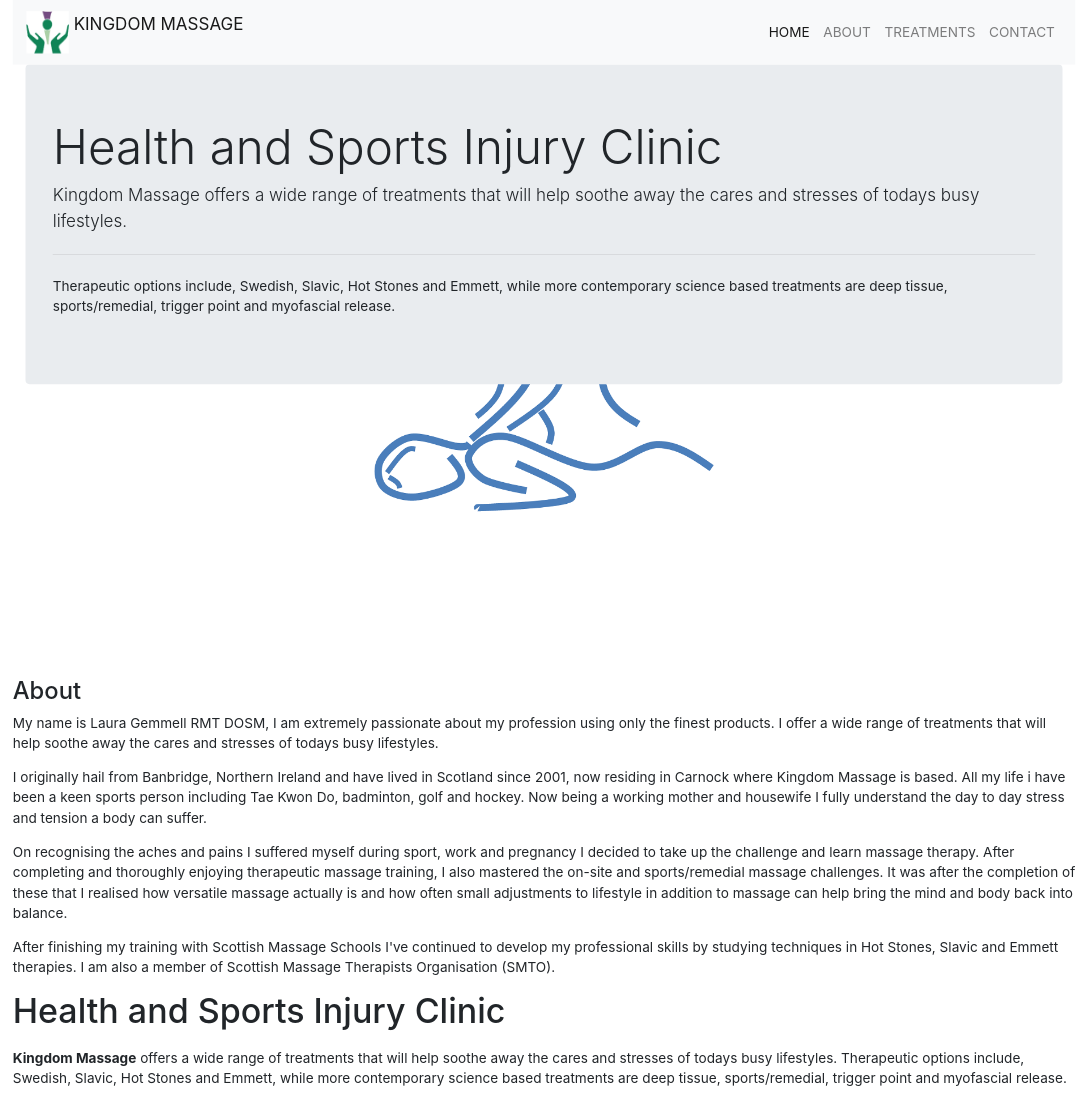
Repository: dalecars/User-Centric-Frontend-Development-Milestone-Project
Page: index.html
The author's editor kept a record of every edit. The page is drawn from the files as they stood at one moment, then again after the next edit.
The browser window is 1280 px wide. The pictures show the whole page, at 85% of full size.
Backgrounds fixed to the window are drawn as part of the page.

Above is the page before.

### index.html
<!DOCTYPE html>
<html lang="en">
<head>
    <meta charset="UTF-8">
    <meta name="viewport" content="width=device-width, initial-scale=1.0">
    <meta http-equiv="X-UA-Compatible" content="ie=edge">
    <link rel="stylesheet" href="https://maxcdn.bootstrapcdn.com/bootstrap/4.1.3/css/bootstrap.min.css">
    <link rel="stylesheet" href="assets/css/style.css" type="text/css" />
    <title>Kingdom Massage</title>
</head>
<body>

<!-- ########### Header ########### -->

    <header class="container-fluid">
        <nav class="navbar navbar-expand-lg navbar-light bg-light navbar-fixed-top">
            <a class="navbar-brand" href="#">
                <img src="assets/images/logo.jpg" width="50" height="50" class="d-inline-block align-top" alt="logo">
                Kingdom Massage
            </a>


            <button class="navbar-toggler" type="button" data-toggle="collapse" data-target="#navbarNavDropdown" aria-controls="navbarNavDropdown" aria-expanded="false" aria-label="Toggle navigation">
                <span class="navbar-toggler-icon"></span>
            </button>

            <div class="collapse navbar-collapse" id="navbarNavDropdown">
                <div class="navbar-nav ml-auto">
                    <a class="nav-item nav-link active" href="#">Home <span class="sr-only">(current)</span></a>
                    <a class="nav-item nav-link" href="#">About</a>
                    <a class="nav-item nav-link" href="#">Treatments</a>
                    <a class="nav-item nav-link" href="#">Contact</a>
                </div>
            </div>
        </nav>

        <div class="container-fluid top-container">
            <div class="jumbotron">
                <h1 class="display-4">Health and Sports Injury Clinic</h1>
                <p class="lead">Kingdom Massage offers a wide range of treatments that will help soothe away the cares and stresses of todays busy lifestyles.</p>
                <hr class="my-4">
                <p>Therapeutic options include, Swedish, Slavic, Hot Stones and Emmett, while more contemporary science based treatments are deep tissue, sports/remedial, trigger point and myofascial release.</p>
            </div>
        </div>
     </header>

<!-- ########### About section ########### -->

    <section id="about">
        <div class="container-fluid about-container">
            <h3>About</h3>
            <p>My name is Laura Gemmell RMT DOSM, I am extremely passionate about my profession using only the finest products. I offer a wide range of treatments
            that will help soothe away the cares and stresses of todays busy lifestyles.</p>

            <p>I originally hail from Banbridge, Northern Ireland and have lived in Scotland since 2001, now residing in Carnock where Kingdom Massage is based.
            All my life i have been a keen sports person including Tae Kwon Do, badminton, golf and hockey. Now being a working mother and housewife I fully
            understand the day to day stress and tension a body can suffer.</p>

            <p>On recognising the aches and pains I suffered myself during sport, work and pregnancy I decided to take up the challenge and learn massage therapy.
            After completing and thoroughly enjoying therapeutic massage training, I also mastered the on-site and sports/remedial massage challenges. It was after
            the completion of these that I realised how versatile massage actually is and how often small adjustments to lifestyle in addition to massage can help
            bring the mind and body back into balance.</p>

            <p>After finishing my training with Scottish Massage Schools I've continued to develop my professional skills by studying techniques in Hot Stones,
            Slavic and Emmett therapies. I am also a member of Scottish Massage Therapists Organisation (SMTO).</p>
        </div>
    </section>


 <!-- ########### Treatmeant section ########### -->

     <section id="treatments">
        <div class="container-fluid about-container">
                <div class="title">
                    <h1>Health and Sports Injury Clinic</h3>
                </div>
                <div class="description">
                    <p><Strong>Kingdom Massage</strong> offers a wide range of treatments that will help soothe away the cares and stresses of todays busy
                    lifestyles. Therapeutic options include, Swedish, Slavic, Hot Stones and Emmett, while more contemporary science based treatments are deep tissue,
                    sports/remedial, trigger point and myofascial release.</p>
                </div>
        </div>
    </section>


  <!-- ########### Footer ########### -->

    <footer>
        <script src="https://code.jquery.com/jquery-3.3.1.slim.min.js" integrity="sha384-q8i/X+965DzO0rT7abK41JStQIAqVgRVzpbzo5smXKp4YfRvH+8abtTE1Pi6jizo" crossorigin="anonymous"></script>
        <script src="https://cdnjs.cloudflare.com/ajax/libs/popper.js/1.14.7/umd/popper.min.js" integrity="sha384-UO2eT0CpHqdSJQ6hJty5KVphtPhzWj9WO1clHTMGa3JDZwrnQq4sF86dIHNDz0W1" crossorigin="anonymous"></script>
        <script src="https://stackpath.bootstrapcdn.com/bootstrap/4.3.1/js/bootstrap.min.js" integrity="sha384-JjSmVgyd0p3pXB1rRibZUAYoIIy6OrQ6VrjIEaFf/nJGzIxFDsf4x0xIM+B07jRM" crossorigin="anonymous"></script>
    </footer>

 </body>
</html>

### assets/css/style.css
body {
    margin: 0px;
    padding-top: 0px;
}


/* navbar */

.navbar {
    background: none;
    text-transform: uppercase;
}

.navbar-nav {
    text-align: right;
}



.top-container {
    height: 100vh;
    background: url("../images/massage-background.png") no-repeat center center fixed;
    -webkit-background-size: cover;
    -moz-background-size: cover;
    -o-background-size: cover;
    background-size: cover;
}

.title-container {
    background-color: transparent;
}

.title {

}

.description {
    padding-top: 10px;
    padding-left: 0;
}

After the next edit:
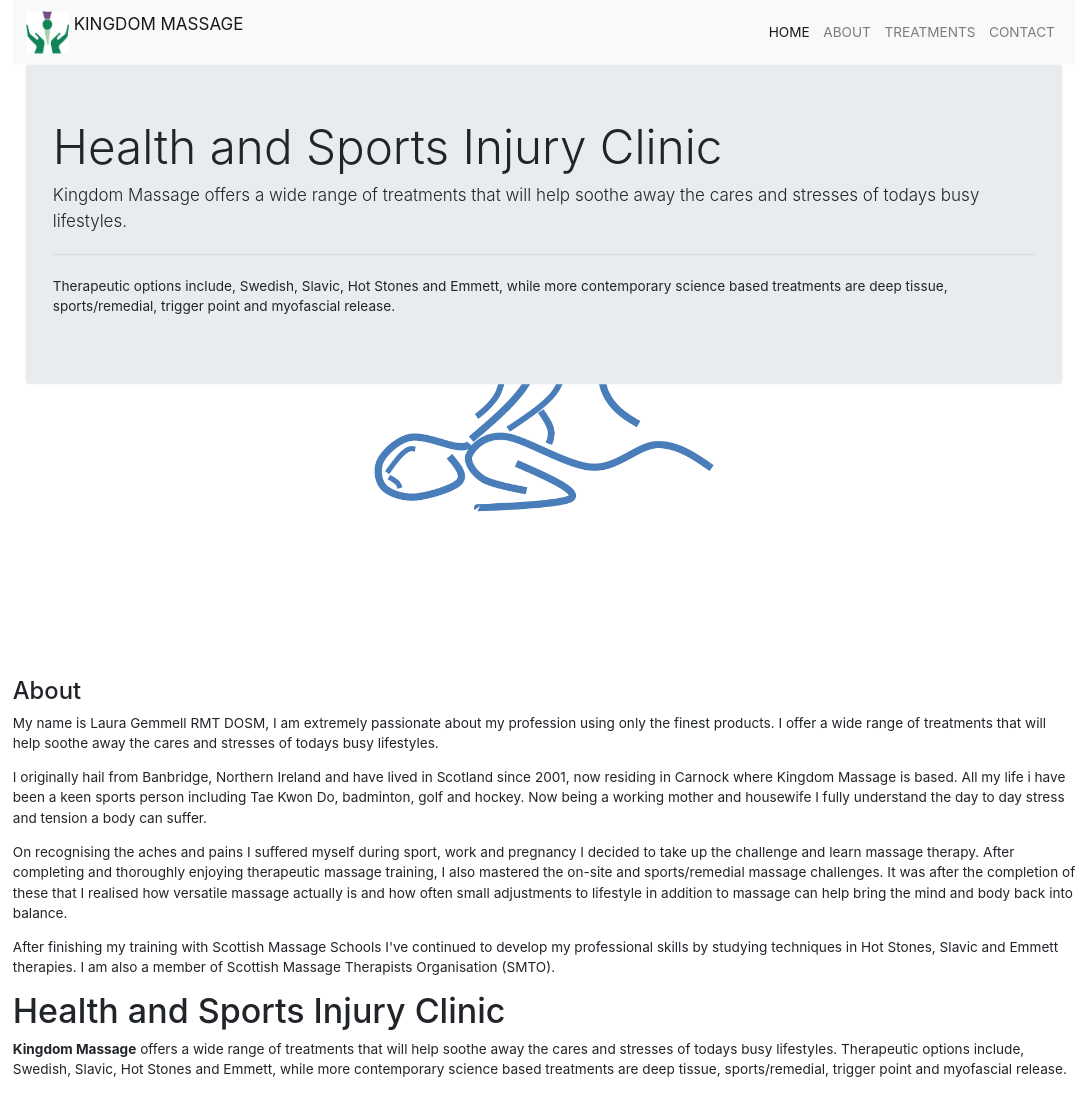
The edit:
--- a/assets/css/style.css
+++ b/assets/css/style.css
@@ -35,6 +35,5 @@
 }
 
 .description {
-    padding-top: 10px;
-    padding-left: 0;
+
 }
